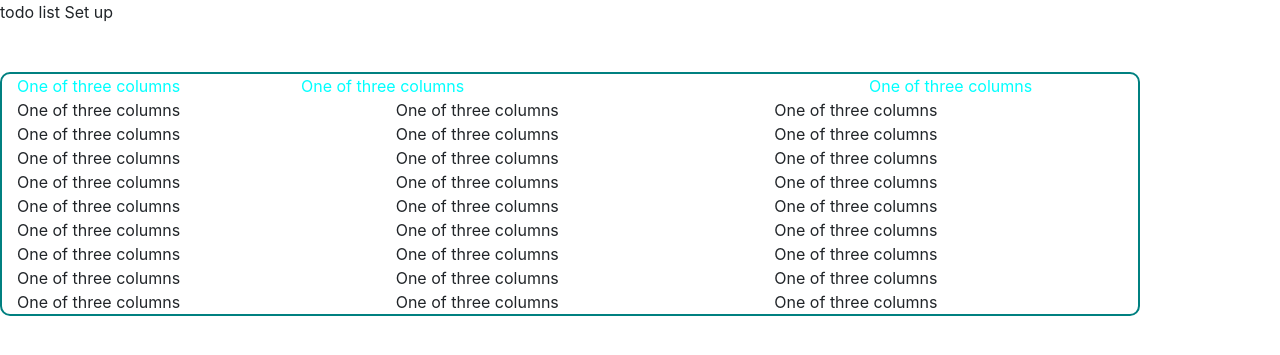
Repository: kkyler24/DayPlanner
Page: Index.html
The author's editor kept a copy of each file at every save. The page is drawn from the files as they stood at one save, then again after the next save.
The browser window is 1280 px wide. The pictures show the whole page.
Some web libraries are served in a nearby version.

Above is the page before, as saved 2020-03-25 18:55:57.

### Index.html
<!DOCTYPE html>
<html lang="en">
<head>
    <meta charset="UTF-8">
    <meta name="viewport" content="width=device-width, initial-scale=1.0">
    <script type="text/javascript" src="Assets/todoJS/Lib/jquery-3.4.1.min.js" ></script>
    <!-- Style Sheets -->
    <link rel="stylesheet" href="https://maxcdn.bootstrapcdn.com/bootstrap/4.0.0/css/bootstrap.min.css" integrity="sha384-Gn5384xqQ1aoWXA+058RXPxPg6fy4IWvTNh0E263XmFcJlSAwiGgFAW/dAiS6JXm" crossorigin="anonymous">
    <link rel="stylesheet" type="text/CSS" href="Assets/todocss/todostyles.css">
    <link rel="stylesheet"  type="text/CSS" href="style.css">
    <title>Planner</title>
</head>
<body>
<Main>
todo list Set up
<Div style="display: none">
<Section>
    <div id="ContainerTodo">
        <H1>Today's To-Do List</H1>
        <input type="text">
        <ul>
            <li><span>X</span> Go to Gym</li>
            <li><span>X</span> Finish H.W</li>
            <li><span>X</span> Take over the World</li>
        </ul>


         </div>
 <!-- calendar set up -->
    <div class="container col-sm-4 col-md-7 col-lg-4 mt-5">
        <div class="card">
            <h3 class="card-header" id="monthAndYear"></h3>
            <table class="table table-bordered table-responsive-md" id="calendar">
                <thead>
                <tr>
                    <th>Sun</th>
                    <th>Mon</th>
                    <th>Tue</th>
                    <th>Wed</th>
                    <th>Thu</th>
                    <th>Fri</th>
                    <th>Sat</th>
                </tr>
                </thead>

                <tbody id="calendar-body">

                </tbody>
            </table>

            <div class="form-inline">

                <button class="btn btn-outline-primary col-sm-6" id="previous" onclick="previous()">Previous</button>

                <button class="btn btn-outline-primary col-sm-6" id="next" onclick="next()">Next</button>
            </div>
            <br/>
            <form class="form-inline">
                <label class="lead mr-2 ml-2" for="month">Jump To: </label>
                <select class="form-control col-sm-4" name="month" id="month" onchange="jump()">
                    <option value=0>Jan</option>
                    <option value=1>Feb</option>
                    <option value=2>Mar</option>
                    <option value=3>Apr</option>
                    <option value=4>May</option>
                    <option value=5>Jun</option>
                    <option value=6>Jul</option>
                    <option value=7>Aug</option>
                    <option value=8>Sep</option>
                    <option value=9>Oct</option>
                    <option value=10>Nov</option>
                    <option value=11>Dec</option>
                </select>


                <label for="year"></label><select class="form-control col-sm-4" name="year" id="year" onchange="jump()">

                <option value=2020>2020</option>
                <option value=2021>2021</option>
                <option value=2022>2022</option>
                <option value=2023>2023</option>
                <option value=2024>2024</option>
                <option value=2025>2025</option>
                <option value=2026>2026</option>
                <option value=2027>2027</option>
                <option value=2028>2028</option>
                <option value=2029>2029</option>
                <option value=2030>2030</option>
                <option value=2030>2030</option>
                <option value=2030>2030</option>
                <option value=2030>2030</option>
                <option value=2030>2030</option>
            </select></form>
        </div>
    </div>
    <!--<button name="jump" onclick="jump()">Go</button>-->
</sectiontwo>
</Div>
<Div>
    <div class="container workday">
        <div id="time8am"class="row" style="color:aqua">
          <div class="col-3">
            One of three columns
          </div>
          <div class="col-6">
            One of three columns
          </div>
          <div class="col-3">
            One of three columns
          </div>
        </div>
        <div id="time9am" class="row">
            <div class="col-sm">
              One of three columns
            </div>
            <div class="col-sm">
              One of three columns
            </div>
            <div class="col-sm">
              One of three columns
            </div>
          </div>
          <div id="time10am" class="row">
            <div class="col-sm">
              One of three columns
            </div>
            <div class="col-sm">
              One of three columns
            </div>
            <div class="col-sm">
              One of three columns
            </div>
          </div>
          <div id="time11am" class="row">
            <div class="col-sm">
              One of three columns
            </div>
            <div class="col-sm">
              One of three columns
            </div>
            <div class="col-sm">
              One of three columns
            </div>
          </div>
          <div id="time12pm" class="row">
            <div class="col-sm">
              One of three columns
            </div>
            <div class="col-sm">
              One of three columns
            </div>
            <div class="col-sm">
              One of three columns
            </div>
          </div>
          <div id="time1pm" class="row">
            <div class="col-sm">
              One of three columns
            </div>
            <div class="col-sm">
              One of three columns
            </div>
            <div class="col-sm">
              One of three columns
            </div>
          </div>
          <div id="time2pm" class="row">
            <div class="col-sm">
              One of three columns
            </div>
            <div class="col-sm">
              One of three columns
            </div>
            <div class="col-sm">
              One of three columns
            </div>
          </div>
          <div id="time3pm" class="row">
            <div class="col-sm">
              One of three columns
            </div>
            <div class="col-sm">
              One of three columns
            </div>
            <div class="col-sm">
              One of three columns
            </div>
          </div>
          <div id="time4pm" class="row">
            <div class="col-sm">
              One of three columns
            </div>
            <div class="col-sm">
              One of three columns
            </div>
            <div class="col-sm">
              One of three columns
            </div>
          </div>
          <div id="time5pm" class="row">
            <div class="col-sm">
              One of three columns
            </div>
            <div class="col-sm">
              One of three columns
            </div>
            <div class="col-sm">
              One of three columns
            </div>
          </div>
      </div>

    </Div>

</Div>

</Main>
<script src="https://code.jquery.com/jquery-3.2.1.slim.min.js" integrity="sha384-KJ3o2DKtIkvYIK3UENzmM7KCkRr/rE9/Qpg6aAZGJwFDMVNA/GpGFF93hXpG5KkN" crossorigin="anonymous"></script>
<script src="https://cdnjs.cloudflare.com/ajax/libs/popper.js/1.12.9/umd/popper.min.js" integrity="sha384-ApNbgh9B+Y1QKtv3Rn7W3mgPxhU9K/ScQsAP7hUibX39j7fakFPskvXusvfa0b4Q" crossorigin="anonymous"></script>
<script src="https://maxcdn.bootstrapcdn.com/bootstrap/4.0.0/js/bootstrap.min.js" integrity="sha384-JZR6Spejh4U02d8jOt6vLEHfe/JQGiRRSQQxSfFWpi1MquVdAyjUar5+76PVCmYl" crossorigin="anonymous"></script>

<Script type="text/javascript" src="javascript.js"></Script>
<Script type="text/javascript" src="Assets/todo JS/todo.js"></Script>
</body>
</html>

### Assets/todocss/todostyles.css
#ContainerTodo{
  border: 2px solid teal ;
  border-radius:10px ;
  width: 400px;
  margin-top:3rem;
  margin-left:200px ;
  float: left;

}

### style.css
.container{
    margin-right: 150px;
    margin-top: 3rem;
    float: left;
    border: 2px solid teal;
    border-radius: 10px;
}

### javascript.js
let today = new Date();
let currentMonth = today.getMonth();
let currentYear = today.getFullYear();
let selectYear = document.getElementById("year");
let selectMonth = document.getElementById("month");


let months = ["January", "February", "March", "April", "May", "June", "July", "August", "September", "October", "November", "December"];

let monthAndYear = document.getElementById("monthAndYear");
showCalendar(currentMonth, currentYear);

function showCalendar(month, year){

    let firstDay =(new Date(year, month)).getDay();
    let daysInMonth = 32- new Date(year, month, 32).getDate();

    // -->body of the Calendar<--
    let tbl = document.getElementById("calendar-body");


// -->clear previous cells, for new month<--
    tbl.innerHTML="";

    monthAndYear.innerHTML= months[months]+" "+ year;

    // --> create cells for Calendar<--
    let date = 1;
    for(let i = 0; i < 6; i++){
        let row  = document.createElement("tr");
        // --> creating table rows. not really sure about the 6 part. inquire why you need a 6 and not a 7-->

        // creating indivdual cells, and putting data in them.

        for(let j = 0; j < 7; j++){
            if(i===0 && j< firstDay){
                let cell = document.createElement("td");
                let cellText = document.createTextNode("");
                cell.appendChild(cellText);
                row.appendChild(cell);
            }
            else if(date > daysInMonth)
             { break;

        }
        else {
            let cell = document.createElement("td");
            let cellText = document.createTextNode(date);
            if(date ===today.getDate() && year === today.getFullYear() && month === today.getMonth()){
                cell.classList.add
                // --> bootstrap colors, try to get a wider variety of colors <--
                ("bg-info");
            }
            cell.appendChild(cellText);
            row.appendChild(cell);


        }
        date++;

        }

        tbl.appendChild(row);

    }

}

function previous(){
    currentYear =( currentMonth === 0)? currentYear -1 : currentYear;
    currentMonth = currentMonth === 0? 11:currentMonth-1;
    showCalendar(currentMonth, currentYear);
}

function next(){
    currentYear = (currentMonth ===11)? currentYear + 1: currentYear;
    currentMonth = (currentMonth + 1) % 12;
    showCalendar (currentMonth, currentYear);

}
// To do list set up

### Assets/todo JS/todo.js
// check off to do list items and change colors for different stages// in progress<--
$("li").dblclick(function () {
        if($(this).css("color") === "rgb(11, 209, 170)"){
            $(this).css({
                color: "gray",
                textDecoration: "line-through"
            });
        }
        else{
            $(this).css({
            color: "rgb(11, 209, 170)",
            textDecoration: "none",
            fontWeight: "bold"
        });
    }
});

$("li").click(function () {
    // if Li is grey how do we change it back to black?
    if($(this).css("color") === "rgb(128, 128, 128)"){
        $(this).css({
            color: "black",
            textDecoration: "none"
        });
    }
    else{
        $(this).css({
        color: "gray",
        textDecoration: "line-through"
    });
}
});

Loaded but not shown: Assets/todo JS/Lib/jquery-3.4.1.min.js (library)

After the next save:
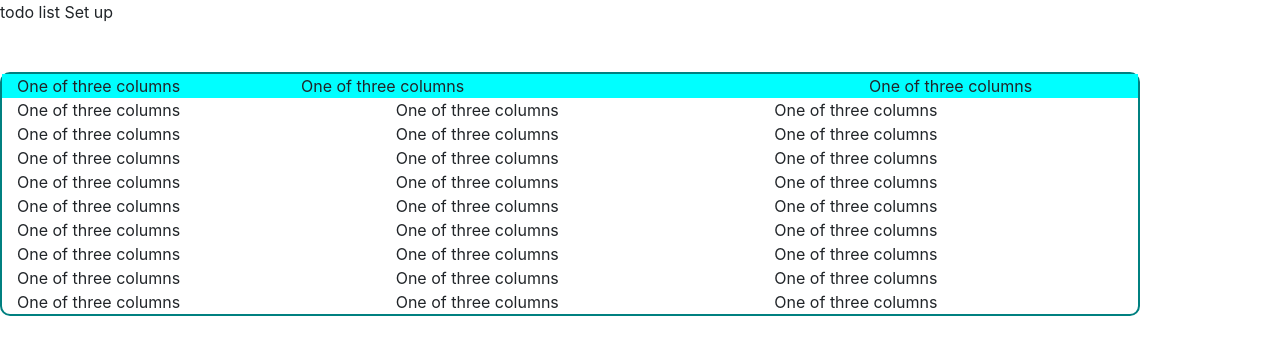
Saved 18 s later.
--- a/Index.html
+++ b/Index.html
@@ -98,7 +98,7 @@ todo list Set up
 </Div>
 <Div>
     <div class="container workday">
-        <div id="time8am"class="row" style="color:aqua">
+        <div id="time8am"class="row" style="background-color:aqua">
           <div class="col-3">
             One of three columns
           </div>
